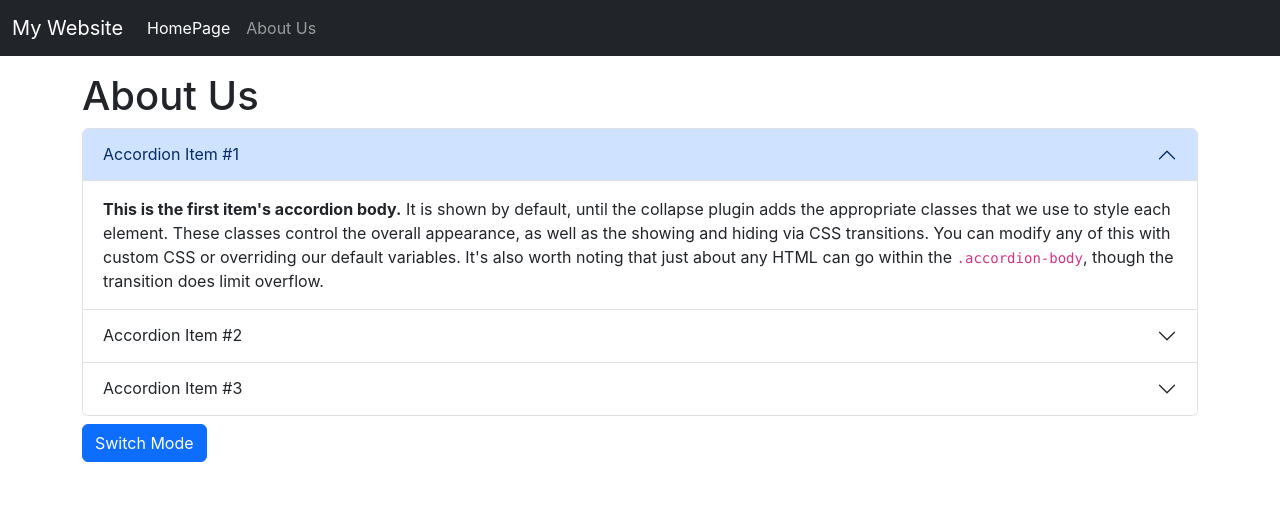
Repository: WajihaGul/Reactjs
Page: /
An editor plug-in stored every save of this project. The page is shown before and after the next save, followed by the edit.
The browser window is 1280 px wide. The pictures show the whole page.
The project was rebuilt for these pictures with package versions that can differ from the ones it lists, and the page was loaded fresh each time. Also part of the build but not shown: src/App.css.

Above is the page before, as saved 2024-02-07 19:29:14.

After the next save:
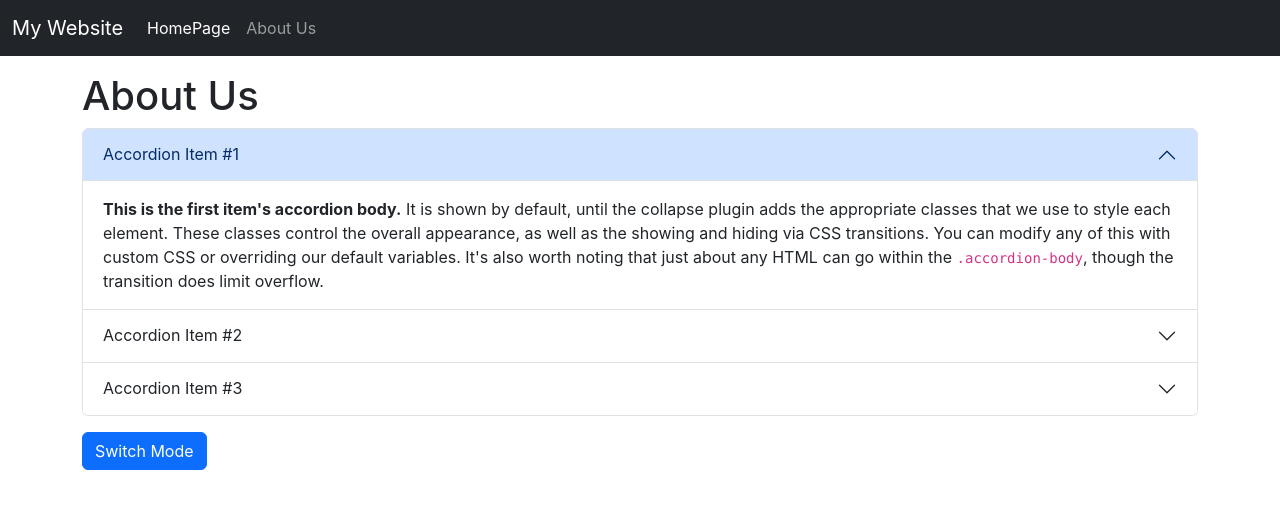
Saved 14 min 45 s later.
--- a/src/Components/About.js
+++ b/src/Components/About.js
@@ -42,7 +42,7 @@ export default function About() {
     </div>
   </div>
 </div>
-<div className='buttonn my-2'>
+<div className='my-3'>
   <input class="btn btn-primary" type="button" value="Switch Mode"/>
 </div>
 </div>
